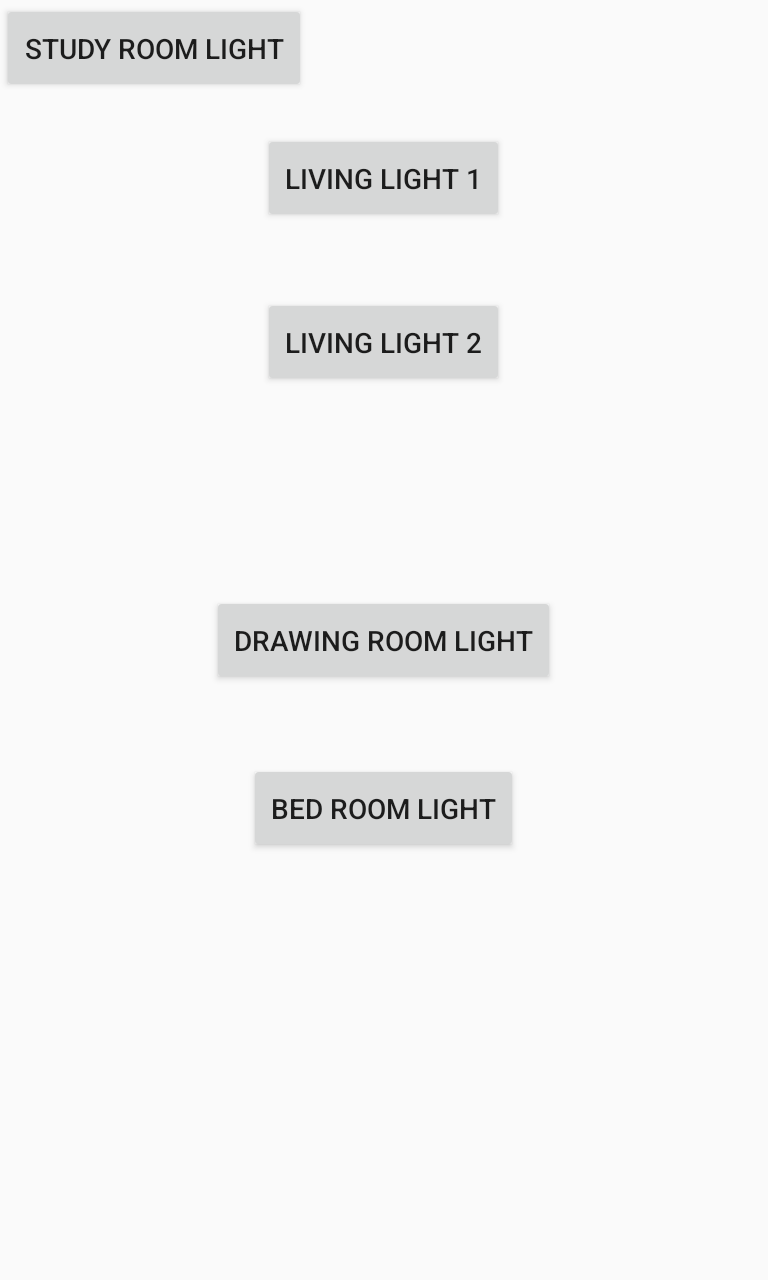
Repository: LogInc/oscar_app
Layout: Android/Oscar/res/layout/activity_rooms.xml
The author's editor kept a copy of each file at every save. The layout is drawn from the files as they stood at one save, then again after the next save.
It is drawn on a 768 x 1280 px phone screen (xhdpi) without system bars, with theme AppTheme; the app's code is not run.

Above is the layout before, as saved 2015-03-05 11:57:50.

After the next save:
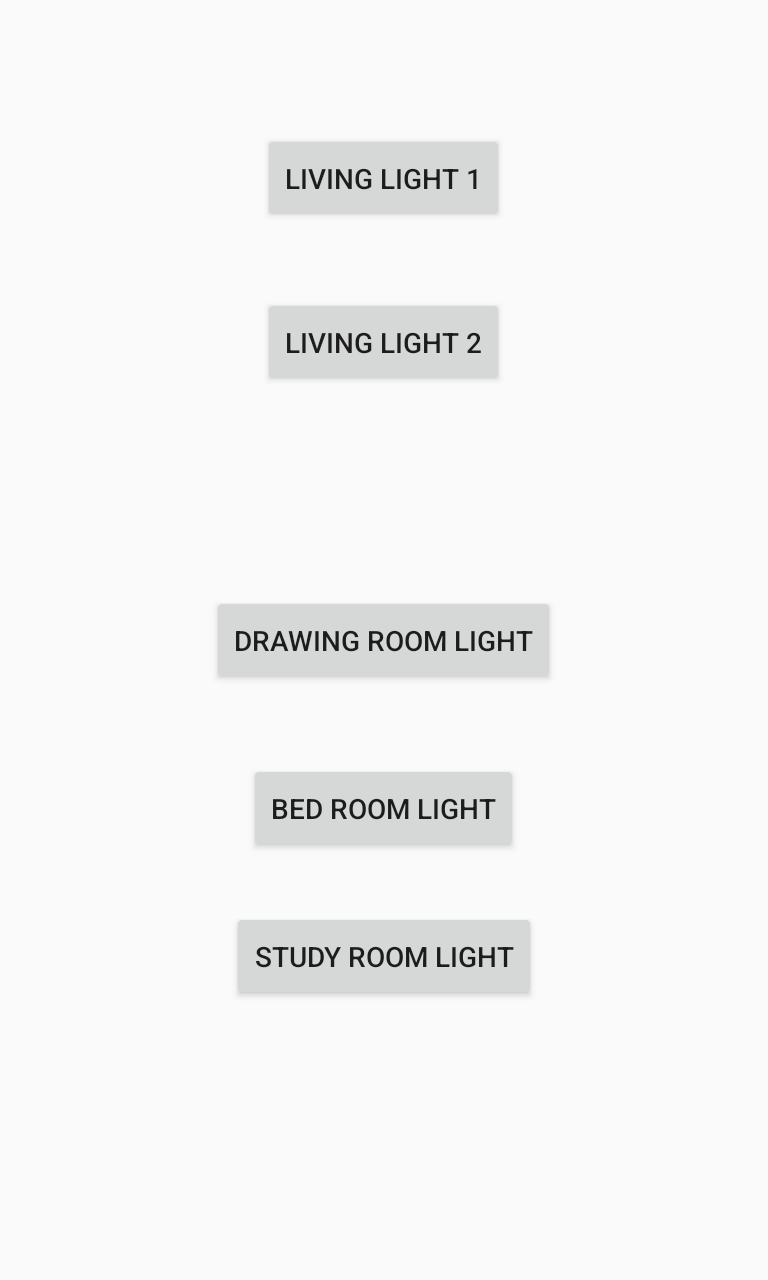
Saved 18 s later.
--- a/Android/Oscar/res/layout/activity_rooms.xml
+++ b/Android/Oscar/res/layout/activity_rooms.xml
@@ -39,9 +39,12 @@
          android:text="Bed Room Light" />
 
      <Button
-        android:id="@+id/Study Room"
-        android:layout_width="wrap_content"
-        android:layout_height="wrap_content"
-        android:text="Study Room Light" />
+         android:id="@+id/Study Room"
+         android:layout_width="wrap_content"
+         android:layout_height="wrap_content"
+         android:layout_below="@+id/BedRoom"
+         android:layout_centerHorizontal="true"
+         android:layout_marginTop="26dp"
+         android:text="Study Room Light" />
 
 </RelativeLayout>
